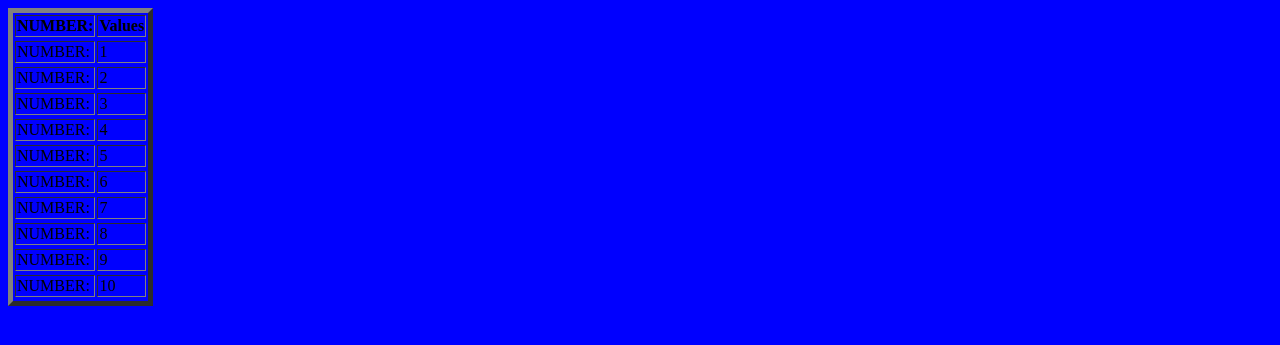
Repository: somakbha/CodeBackUP
Page: http://localhost/HelloJSP/table.jsp
These files come from the project's save history. The page is drawn as it stood at one moment and after the next save; the edit follows.
The browser window is 1280 px wide. The pictures show the whole page.
The page is served by Tomcat 9.

Above is the page before, as saved 2019-06-03 16:17:23.

### J2EE-Practice/HelloJSP/WebContent/table.jsp
<%@ page language="java" contentType="text/html; charset=UTF-8"
    pageEncoding="UTF-8"%>
<!DOCTYPE html PUBLIC "-//W3C//DTD HTML 4.01 Transitional//EN" "http://www.w3.org/TR/html4/loose.dtd">
<html>
<head>
<meta http-equiv="Content-Type" content="text/html; charset=UTF-8">
<title>Table JSP</title>
</head>
<body bgcolor="blue">

<!-- Create a table dynamically -->

<table border="5">
<tr><th>NUMBER:</th><th>Values</th><tr>

<%for (int i=0;i<10;i++) {%>

<tr><td>NUMBER:</td><td><%out.println(i+1); %></td><tr>
<%} %>
</table>


</body>
</html>

After the next save:
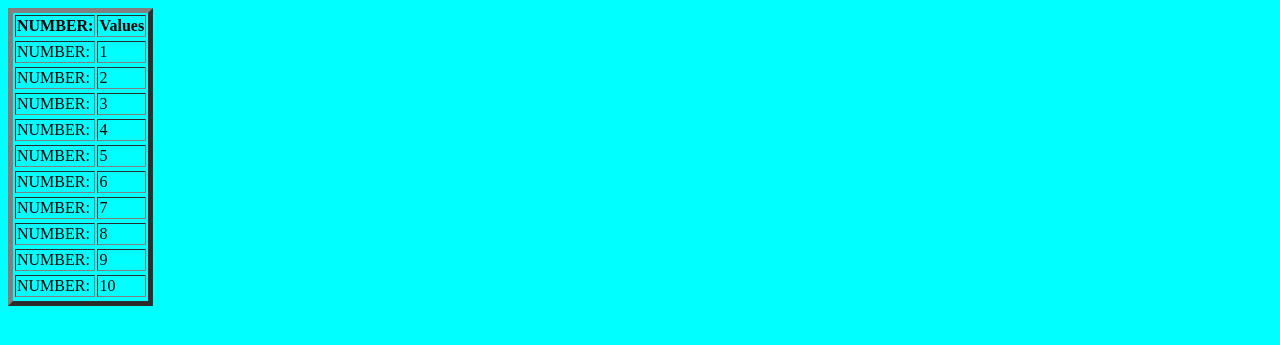
Saved 11 s later.
--- a/J2EE-Practice/HelloJSP/WebContent/table.jsp
+++ b/J2EE-Practice/HelloJSP/WebContent/table.jsp
@@ -6,7 +6,7 @@
 <meta http-equiv="Content-Type" content="text/html; charset=UTF-8">
 <title>Table JSP</title>
 </head>
-<body bgcolor="blue">
+<body bgcolor="cyan">
 
 <!-- Create a table dynamically -->
 
